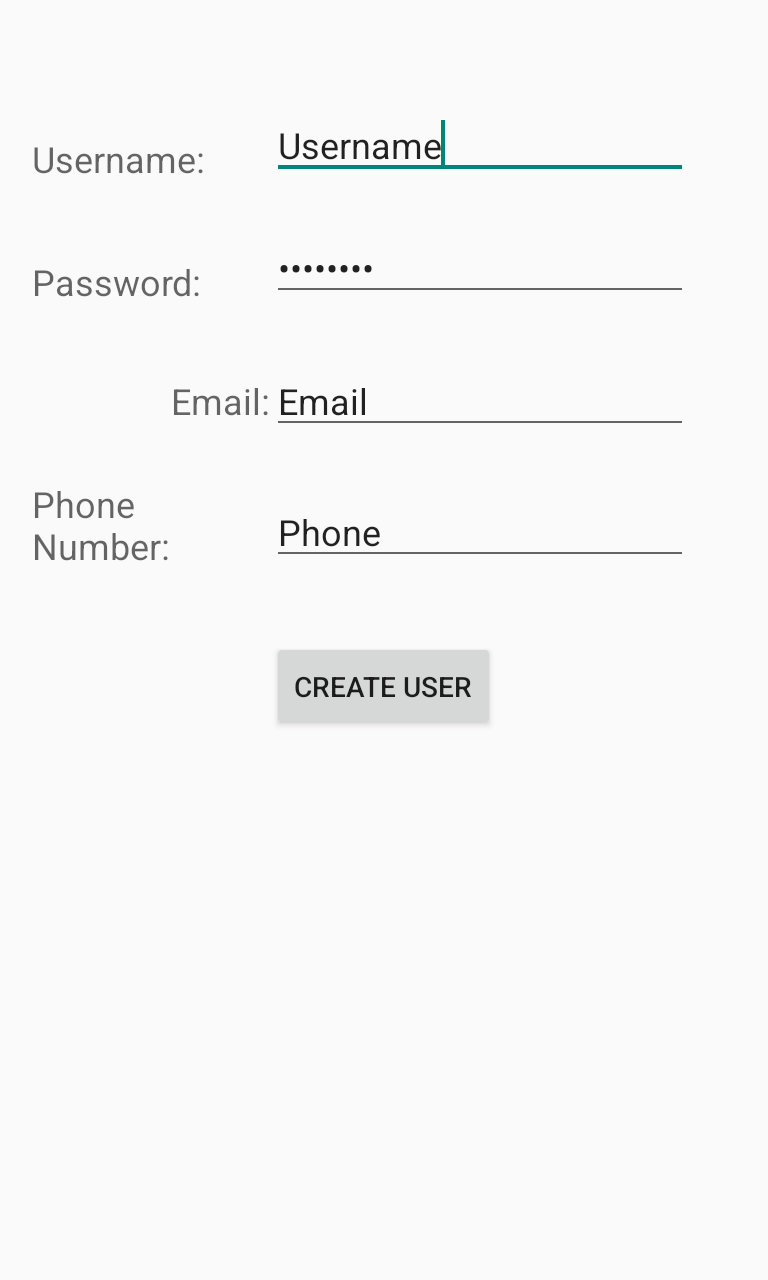
Repository: Sagarsaurus/Ecco
Layout: Ecco/res/layout/activity_create_user.xml
These files come from the project's save history. The layout is drawn as it stood at one moment and after the next save; the edit follows.
It is drawn on a 768 x 1280 px phone screen (xhdpi) without system bars, with theme AppTheme; the app's code is not run.

Above is the layout before, as saved 2014-11-15 21:25:07.

After the next save:
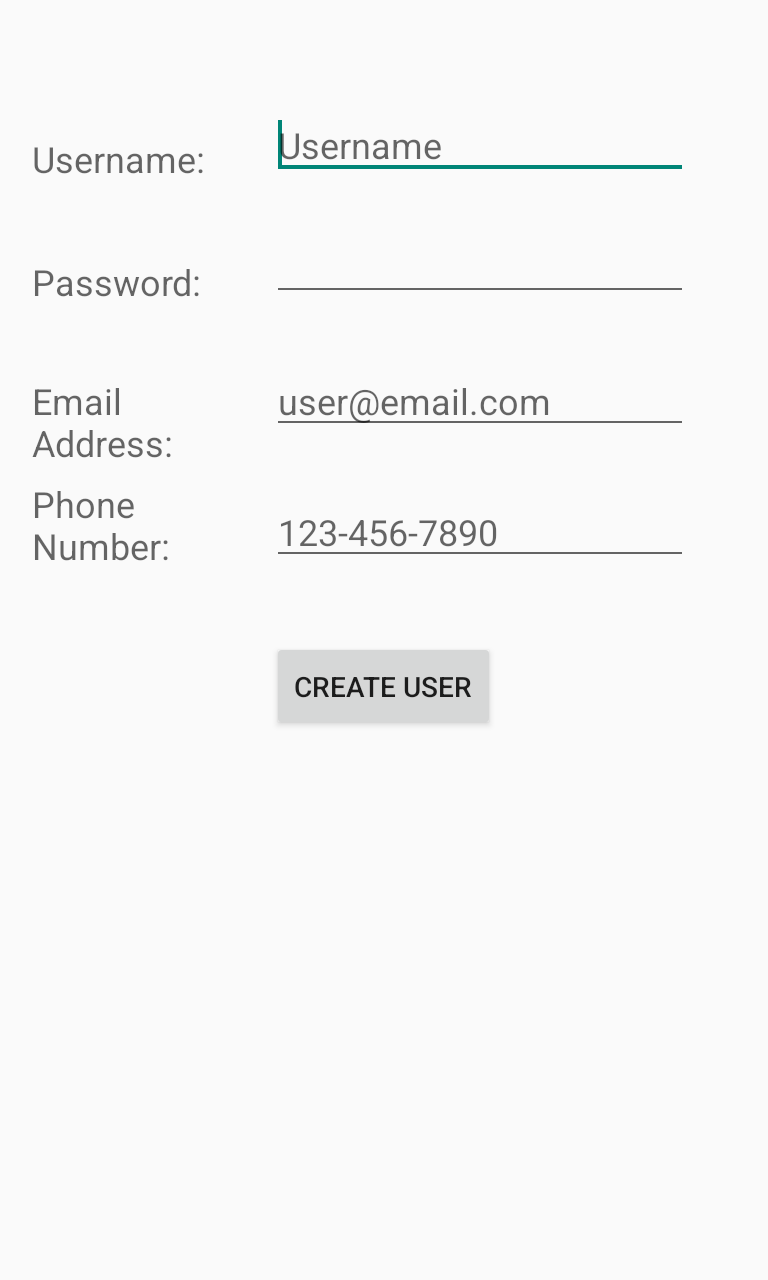
Saved 2 min 26 s later.
--- a/Ecco/res/layout/activity_create_user.xml
+++ b/Ecco/res/layout/activity_create_user.xml
@@ -16,8 +16,7 @@
         android:layout_alignParentTop="true"
         android:layout_marginTop="34dp"
         android:ems="10"
-        android:hint="@string/Username"
-        android:text="@string/Username" >
+        android:hint="@string/Username" >
 
         <requestFocus />
     </EditText>
@@ -30,8 +29,7 @@
         android:layout_below="@+id/editText1"
         android:layout_marginTop="20dp"
         android:ems="10"
-        android:inputType="textPassword"
-        android:text="@string/Password" />
+        android:inputType="textPassword" />
 
     <EditText
         android:id="@+id/editText3"
@@ -41,8 +39,7 @@
         android:layout_below="@+id/editText2"
         android:layout_marginTop="25dp"
         android:ems="10"
-        android:hint="@string/emailhint"
-        android:text="@string/Email" />
+        android:hint="@string/emailhint" />
 
     <EditText
         android:id="@+id/EditText01"
@@ -52,8 +49,7 @@
         android:layout_below="@+id/editText3"
         android:layout_marginTop="24dp"
         android:ems="10"
-        android:hint="@string/phonehint"
-        android:text="@string/Phone" />
+        android:hint="@string/phonehint" />
 
     <Button
         android:id="@+id/button1"
@@ -98,7 +94,7 @@
         android:layout_alignBaseline="@+id/editText3"
         android:layout_alignBottom="@+id/editText3"
         android:layout_alignRight="@+id/TextView03"
-        android:text="Email:"
+        android:text="Email Address:"
         android:textAppearance="?android:attr/textAppearanceMedium" />
 
 </RelativeLayout>
